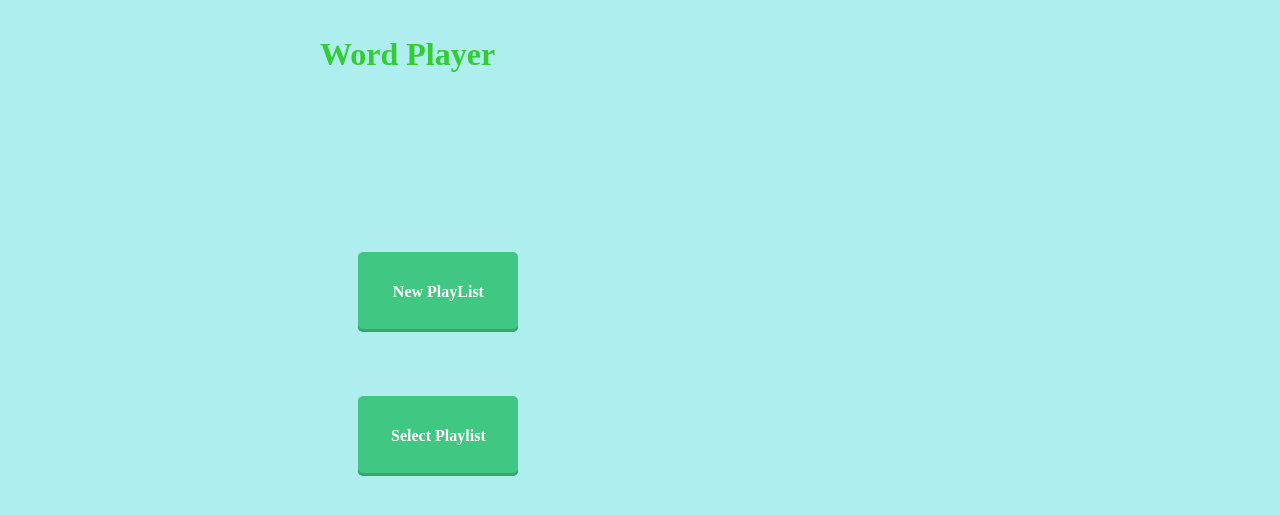
Repository: Artem-Brunov/msu_prac
Page: workspace/BasicUI/index.html
These files come from the project's save history. The page is drawn as it stood at one moment and after the next save; the edit follows.
The browser window is 1280 px wide. The pictures show the whole page.

Above is the page before, as saved 2017-11-19 19:38:14.

### workspace/BasicUI/index.html
<!DOCTYPE html>
<html>

<head>
    <meta charset="utf-8" />
    <meta name="viewport" content="width=device-width, initial-scale=1.0, maximum-scale=1.0">
    <meta name="description" content="Tizen Mobile Web Basic Template" />

    <title>Tizen Mobile Web Basic Application</title>

    <link rel="stylesheet" type="text/css" href="css/style.css" />
</head>

<body>
	<div class = "main">
		<div class = "titl">
			<h1>Word Player</h1>
		</div>
		<div class = "New">
			<div class = "Centr">
				<a href = "" class = "first_button">New PlayList</a>
			</div>
		</div>
		<div class = "Select">
			<div class = "Centr">
				<a href = "" class = "first_button" >Select Playlist</a>
			</div>
		</div>

	</div>


</body>

</html>

### workspace/BasicUI/css/style.css
html,
body {
    width: 100%;
    height: 100%;
    margin: 0 auto;
    padding: 0;
    background: PaleTurquoise;
 }
 .titl{

 	position: absolute;
 	left: 25%;
 	top: 2%;
 	color: LimeGreen;
 }
 a.first_button {

	display: block;
	width: 160px;
	height: 80px;
  	line-height: 5em;
	border-radius: 5px;
 	background: rgb(64,199,129);
	box-shadow: 0 -3px rgb(53,167,110) inset;
	font-weight: 900;
  	color: white;
  	text-align: center;
  	text-decoration: none;
  	transition: 0.2s;
}
a.first_button:hover { background: rgb(53, 167, 110); }
a.first_button:active {
  background: rgb(33,147,90);
  box-shadow: 0 3px rgb(33,147,90) inset;
}
.New {
	position: absolute;
  	top: 35%;
  	left: 28%;

}
.Select {
	position: absolute;
  	top: 55%;
  	left: 28%;

}

After the next save:
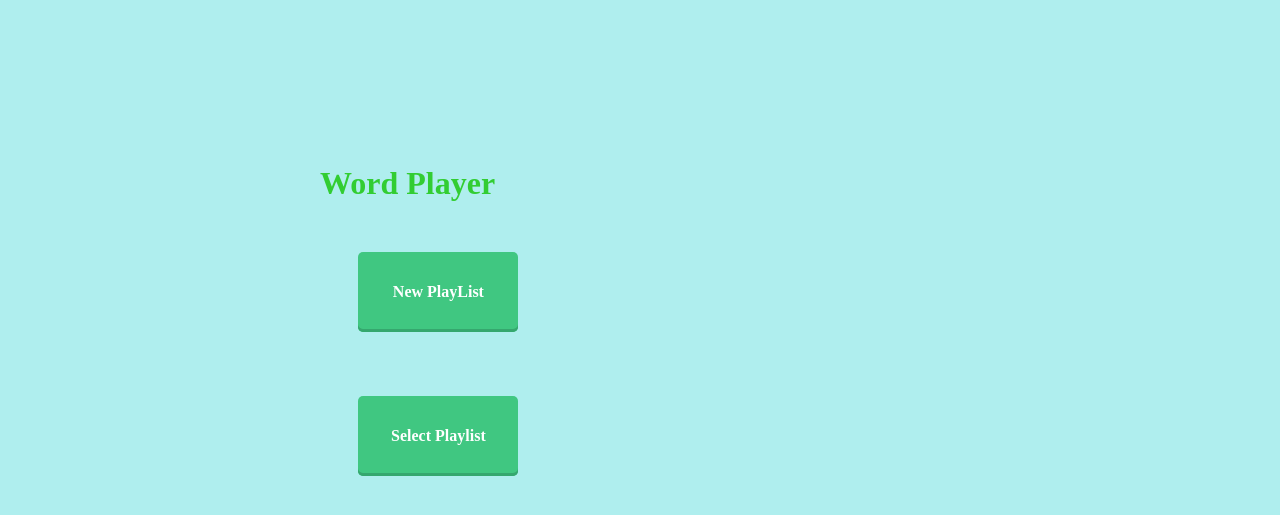
Saved 8 s later.
--- a/workspace/BasicUI/css/style.css
+++ b/workspace/BasicUI/css/style.css
@@ -10,7 +10,7 @@ body {
 
  	position: absolute;
  	left: 25%;
- 	top: 2%;
+ 	top: 20%;
  	color: LimeGreen;
  }
  a.first_button {
